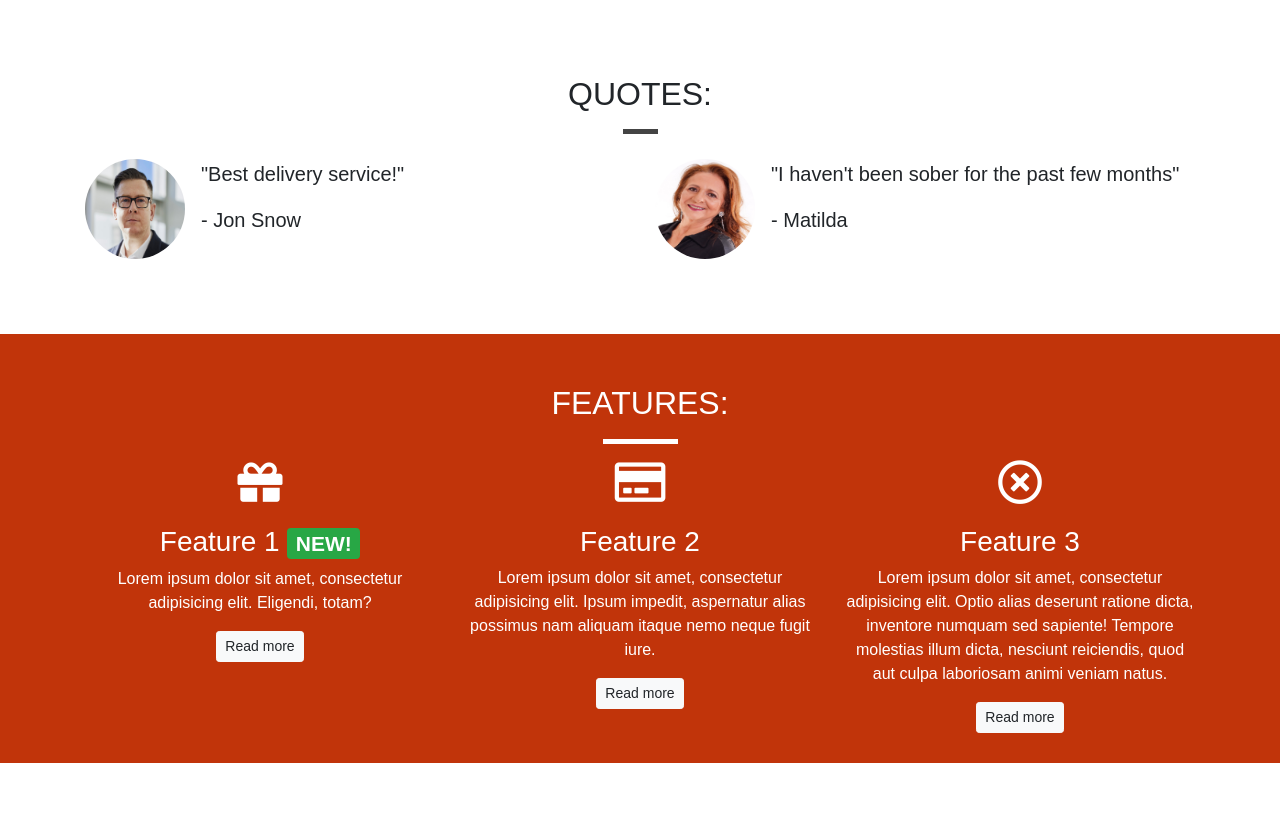
Repository: mkuti/Whiskey_website_using_Bootstrap
Page: index.html
The author's editor kept a record of every edit. The page is drawn from the files as they stood at one moment, then again after the next edit.
The browser window is 1280 px wide. The pictures show the part of the page from y = 720 to 1558 px (the page is 1558 px tall).
Backgrounds fixed to the window are drawn as part of the page. Some web fonts or font styles are not loaded; a fallback is used. Some web libraries are served in a nearby version.

Above is the page before.

After the next edit:
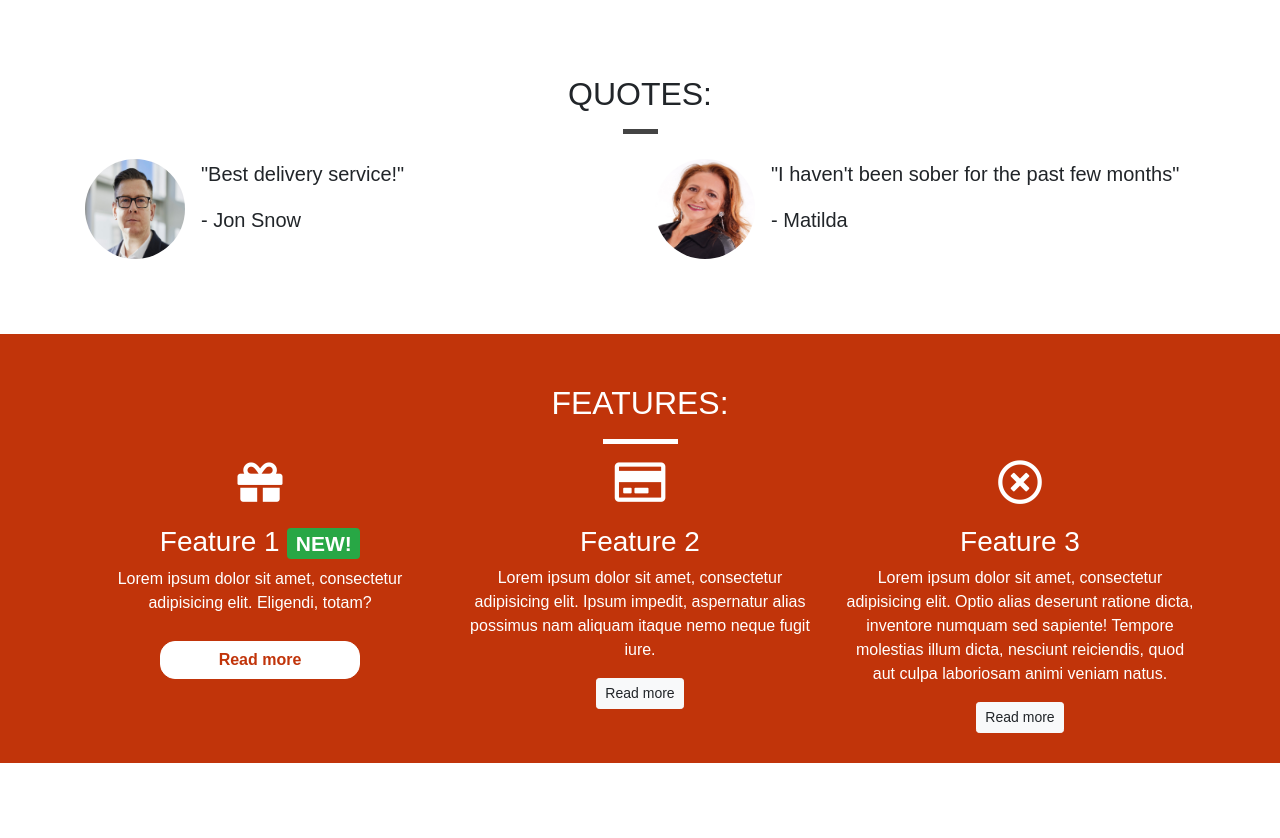
The edit:
--- a/index.html
+++ b/index.html
@@ -133,7 +133,7 @@
                         <div class="feature">
                             <h3><i class="fas fa-gift d-none d-sm-block"></i>Feature 1 <span class="badge badge-success">NEW!</span></h3>
                             <p>Lorem ipsum dolor sit amet, consectetur adipisicing elit. Eligendi, totam?</p>
-                            <p><a class="btn btn-sm btn-light" href="">Read more</a></p>
+                            <p><a class="btn btn--cta btn--white" href="">Read more</a></p>
                         </div>
                     </div>
 
